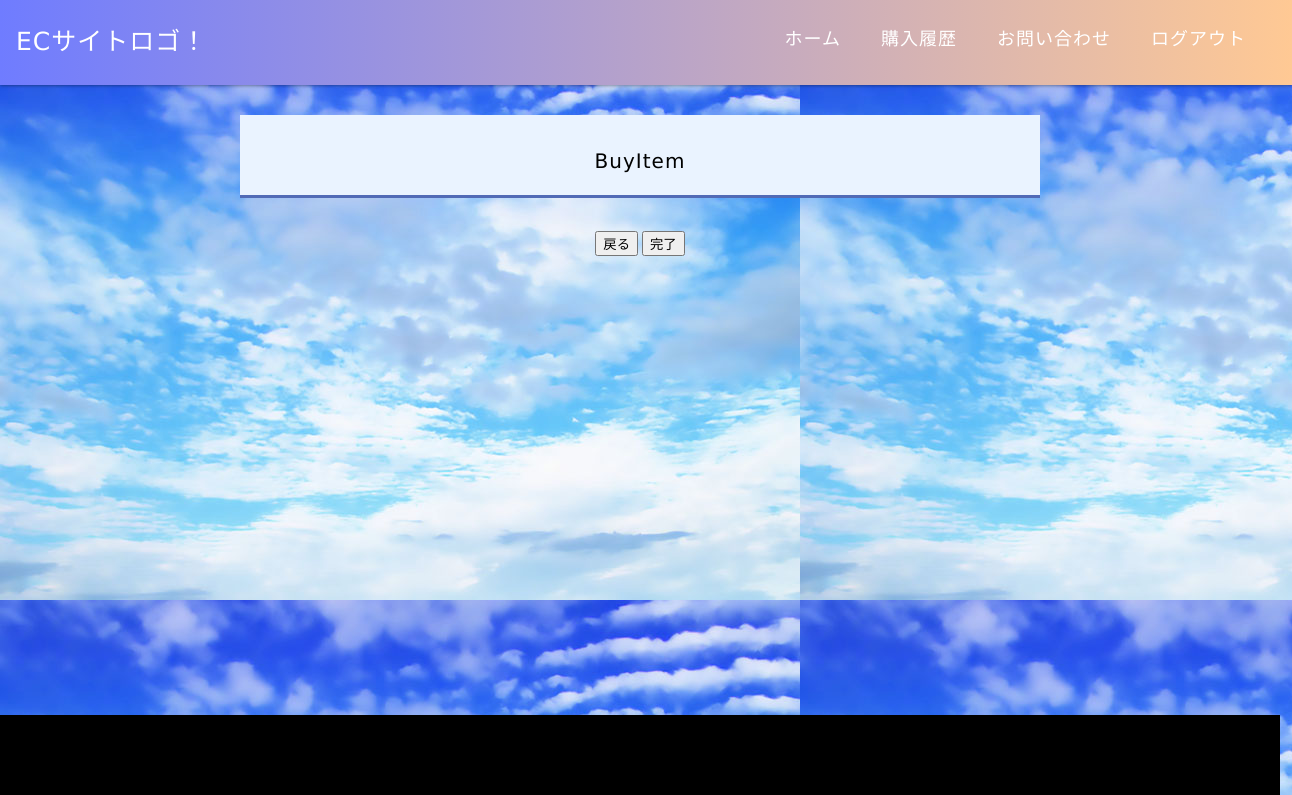
Repository: omosiromusic10/test
Page: http://localhost/ecsite/buyItemConfirm.jsp
An editor plug-in stored every save of this project. The page is shown before and after the next save, followed by the edit.
The browser window is 1280 px wide. The page is 1292 px wide, so the pictures cover 1292 px, including what lies to the right of the window. The pictures show the whole page.
Some web libraries are served in a nearby version. The page is served by Tomcat 9. Other server files are loaded and not shown.

Above is the page before, as saved 2018-07-05 04:42:07.

### ecsite/WebContent/buyItemConfirm.jsp
<%@ page language="java" contentType="text/html; charset=UTF-8"
    pageEncoding="UTF-8"%>
<%@ taglib prefix="s" uri="/struts-tags" %>
<!DOCTYPE html PUBLIC "-//W3C//DTD HTML 4.01 Transitional//EN" "http://www.w3.org/TR/html4/loose.dtd">
<html>
<head>
<meta http-equiv="Content-Type" content="text/html; charset=UTF-8">
<meta http-equiv="Content-Style-Type" content="text/css"/>
<meta http-equiv="Content-Script-Type" content="text/javascript"/>
<meta http-equiv="imagetoolbar" content="no" />
<meta name="description" content="" />
<meta name="keywords" content="" />
<script src="http://ajax.googleapis.com/ajax/libs/jquery/1.9.1/jquery.min.js"></script>
<script type="text/javascript" src="https://ajax.googleapis.com/ajax/libs/jquery/3.1.1/jquery.min.js"></script>
<title>BuyItemConfirm画面</title>
<style type="text/css" >
body{
  margin: 0;
  padding: 0;
  line-height: 1.6;
  letter-spacing: 1px;
  font-family: Verdana, Helvetica ,sans-serif;
  font-size: 12px;
  color: #333;
  background: #fff;
  background-image:url("./img/image6.jpg");
}
table{
  text-align: center;
  margin: 0 auto;
}

#top{
  width: 780px;
  margin: 30px auto;
  padding: 0.5em;
  color: #010101;
  font-size:20px;
  background: #eaf3ff;
  border-bottom: solid 3px #516ab6;
  height: 60px;
}
#header{
  width: 100%;
  height: 80px;
  osition: relative;
  padding: 0.2em 0.5em;
  background: -moz-linear-gradient(to right, rgb(111, 124, 255), #ffc994);
  background: -webkit-linear-gradient(to right, rgb(111, 124, 255), #ffc994);
  background: linear-gradient(to right, rgb(111, 124, 255), #ffc994);
  color: white;
  font-weight: lighter;
  box-shadow: 0 0 4px rgba(0, 0, 0, 0.56);
}
.logo{
  float:left;
  width:200px;
  padding-left:10px;
  color:white;
  font-size:25px;
  line-height:80px;
}

#header ul{
  float:right;
  line-height:50px;
}
#header ul li{
  float:left;
  list-style:none;
  padding-right:40px;
  color:white;
  font-size:18px;
}
.home a {
  text-decoration:none;
  color:white;
}
#main{
  width: 100%;
  height: 600px;
  text-align: center;
}
#footer{
  width: 100%;
  height: 80px;
  background-color: black;
  clear: both;
}
</style>
<script type="text/javascript">
        function submitAction(url){
        	$('form').attr('action',url);
        	$('form').submit();
        }
        jQuery(function(){
        $(function(){
        $(".home a").hover(
        function(){
        	$(this).css("color","gray");
        },
        function(){
        	$(this).css("color","white");
        });
        });
        });
</script>
</head>
<body>
    <div id="header">
        <div id="pr">
	 <div class="logo">ECサイトロゴ！</div>
	 <ul class="home">
	     <li><a href="home.jsp">ホーム</a></li><!--  ただhomeページに戻すだけ-->
	     <li><a href='<s:url action="MyPageAction"  />'>購入履歴</a></li>   <!-- これはMyPageActionを経由させつつ移動させなくてはいけない。 -->
	     <li><a href='<s:url action="InquiryAction" />'>お問い合わせ</a></li>  <!-- inquiryActioに連結させてそこからお問い合わせを出来るようにする -->
	     <li><a href='<s:url action="LogoutAction"  />'>ログアウト</a></li> <!-- これはlogoutActionを経由してつなげなくてはいけない。 -->
	 </ul>
	 </div>
        </div>
    <div id="main">
       <div id="top">
           <p>BuyItem</p>
       </div>
       <div>
           <s:form>
           <s:iterator value="buyItemList">
               <tr>
                   <td>商品名</td>
                   <td><s:property value="itemName" /></td>
               </tr>
               <tr>
                   <td>値段</td>
                   <td><s:property value="total_price" /><span>円</span></td>
               </tr>
               <tr>
                   <td>購入個数</td>
                   <td><s:property value="total_count" /><span>個</span></td>
               </tr>
               <tr>
                   <td>支払い方法</td>
                   <td><s:property value="session.pay" /></td>
               </tr>
               <tr>
                   <td><br></td>
               </tr>
               </s:iterator>
               <tr>
                   <td><input type="button" value="戻る"
                       onclick="submitAction('HomeAction')"/></td>
                   <td><input type="button" value="完了"
                       onclick="submitAction('BuyItemConfirmAction')"/></td>
                   </tr>
               </s:form>
       </div>
    </div>
    <div id="footer">
        <div id="pr">
        </div>
    </div>

</body>
</html>

After the next save:
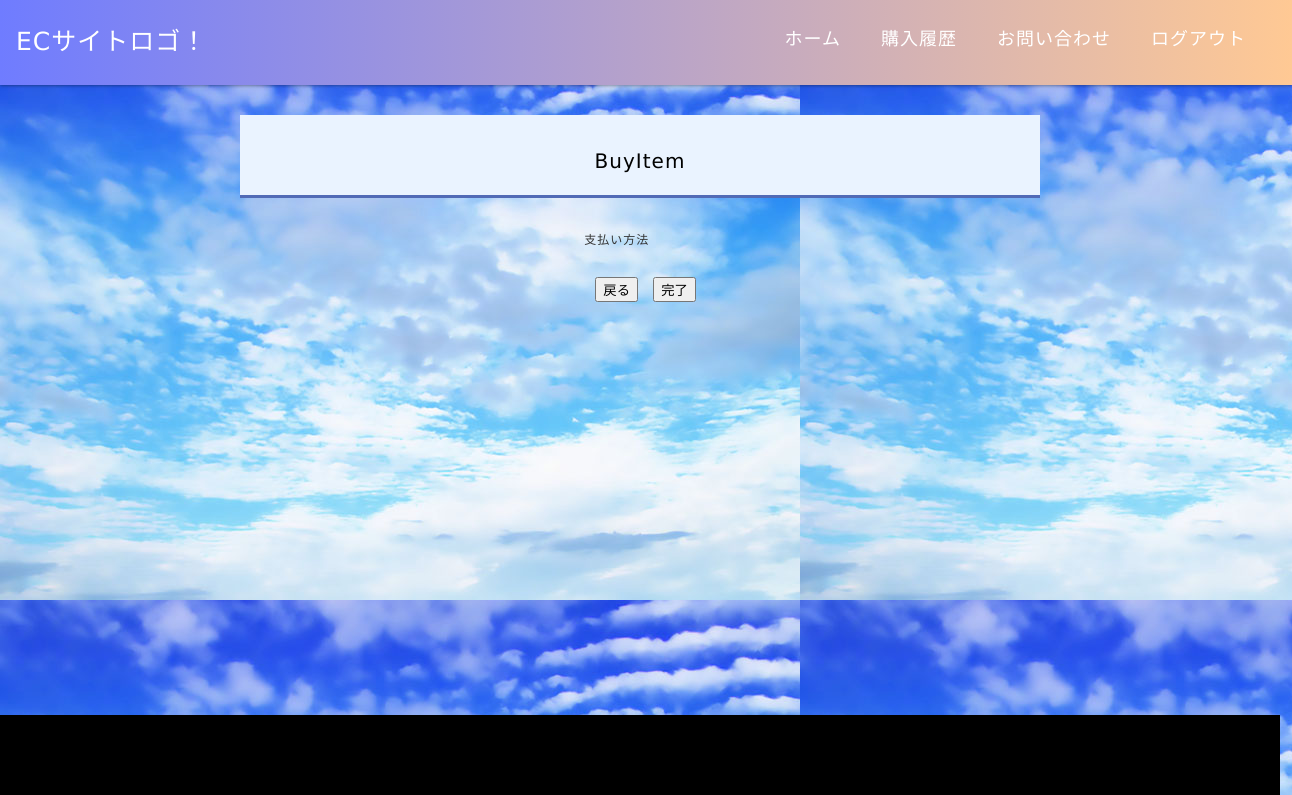
Saved 2 min 6 s later.
--- a/ecsite/WebContent/buyItemConfirm.jsp
+++ b/ecsite/WebContent/buyItemConfirm.jsp
@@ -137,6 +137,7 @@ table{
                    <td>購入個数</td>
                    <td><s:property value="total_count" /><span>個</span></td>
                </tr>
+               </s:iterator>
                <tr>
                    <td>支払い方法</td>
                    <td><s:property value="session.pay" /></td>
@@ -144,7 +145,6 @@ table{
                <tr>
                    <td><br></td>
                </tr>
-               </s:iterator>
                <tr>
                    <td><input type="button" value="戻る"
                        onclick="submitAction('HomeAction')"/></td>
